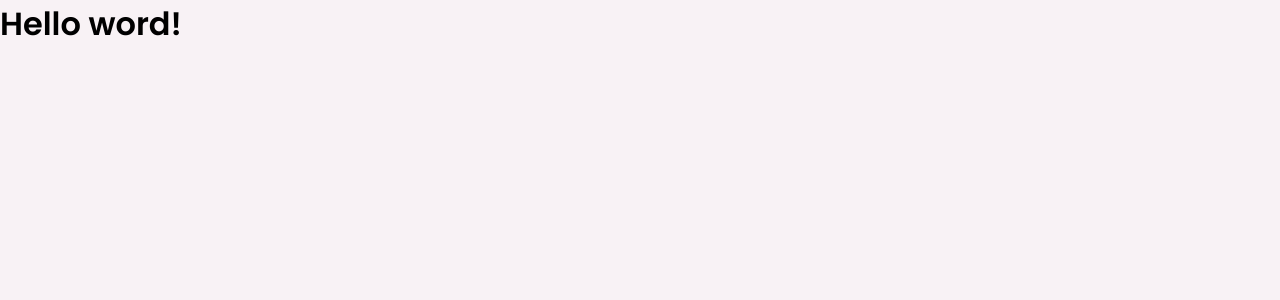
Repository: soualexandre/dtmoney
Page: /
An editor plug-in stored every save of this project. The page is shown before and after the next save, followed by the edit.
The browser window is 1280 px wide. The pictures show the whole page.
The project was rebuilt for these pictures with package versions that can differ from the ones it lists, and the page was loaded fresh each time.

Above is the page before, as saved 2021-07-13 08:35:17.

### public/index.html
<!DOCTYPE html>
<html lang="en">
  <head>
    <link rel="preconnect" href="https://fonts.googleapis.com">
    <link rel="preconnect" href="https://fonts.gstatic.com" crossorigin>
    <meta charset="utf-8" />
    <meta name="viewport" content="width=device-width, initial-scale=1" />
    <link href="https://fonts.googleapis.com/css2?family=Poppins:wght@400;600&display=swap" rel="stylesheet">
    <title>DTMoney</title>
  </head>
  <body>
    <noscript>You need to enable JavaScript to run this app.</noscript>
    <div id="root"></div>
  </body>
</html>

### src/App.tsx
import {GlobalStyle} from './styles/global'

export function App() {
  return (
    <div className="App">
      <GlobalStyle/>
     <h1>Hello word!</h1>
    </div>
  );
}

### src/styles/global.ts
import { createGlobalStyle } from 'styled-components'


export const GlobalStyle = createGlobalStyle`

    :root{
        --background: #f8f2f5;

        --red: #e52e40;
        --blue: #5429cc;

        --blue-light: #6933ff;

        --text-title: #363f5f;
        --text-body: #969cb3;

        --shape: #ffffff;

    }

    *{
        margin: 0;
        padding: 0;
        box-sizing: border-box;
    }
    html{
        @media (max-width: 1080px){
            font-size: 93.5%;
        }

    }

    body{
        background: var(--background);
        -webkit-font-smoothing: antialiased;
    }

    body, input, textarea, button{
        font-family: 'Poppins', sans-serif;
        font-weight: 400;
    }

    h1, h2, h3, h4, h5, h6, strong{
        font-weight: 600;
    }

    button{
        cursor: pointer;
    }
    [disable]{
        opacity: 0.6;
        cursor: not-allowed;
    }

`;

### src/components/Header/index.tsx



export function Header(){
    return(
        <h1>Hello Wird!</h1>
    );
}

Loaded but not shown: src/index.tsx (common file)

After the next save:
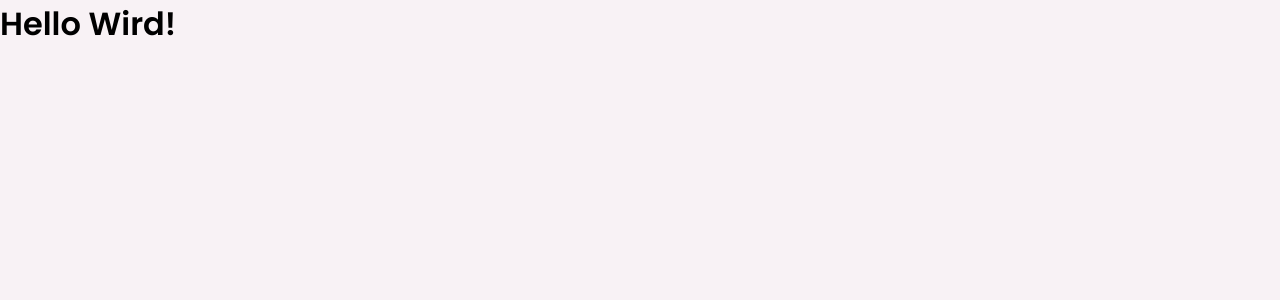
Saved 52 s later.
--- a/src/App.tsx
+++ b/src/App.tsx
@@ -1,10 +1,11 @@
+import { Header } from './components/Header';
 import {GlobalStyle} from './styles/global'
 
 export function App() {
   return (
-    <div className="App">
+    <>
+      <Header/>
       <GlobalStyle/>
-     <h1>Hello word!</h1>
-    </div>
+    </>
   );
 }
